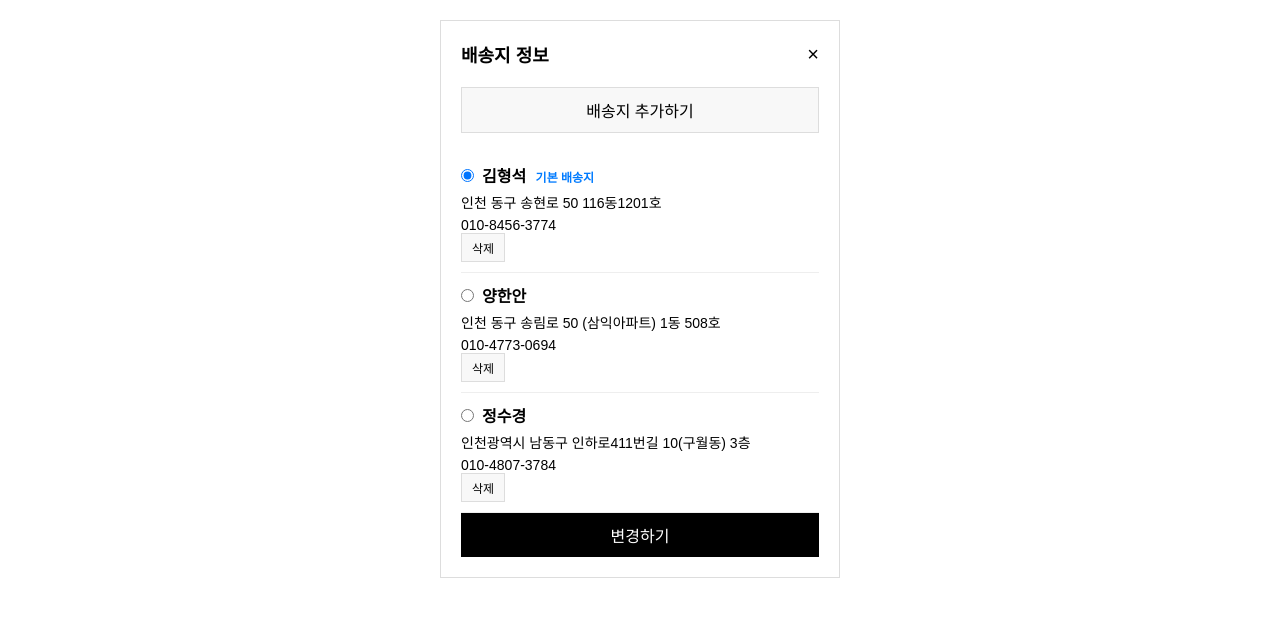
Repository: 0823-01/MonoLiving
Page: http://localhost/shoppingMall/views/product/addressChange.jsp
The author's editor kept a copy of each file at every save. The page is drawn from the files as they stood at one save, then again after the next save.
The browser window is 1280 px wide. The pictures show the whole page.
The page is served by Tomcat 9.

Above is the page before, as saved 2024-10-29 05:43:22.

After the next save:
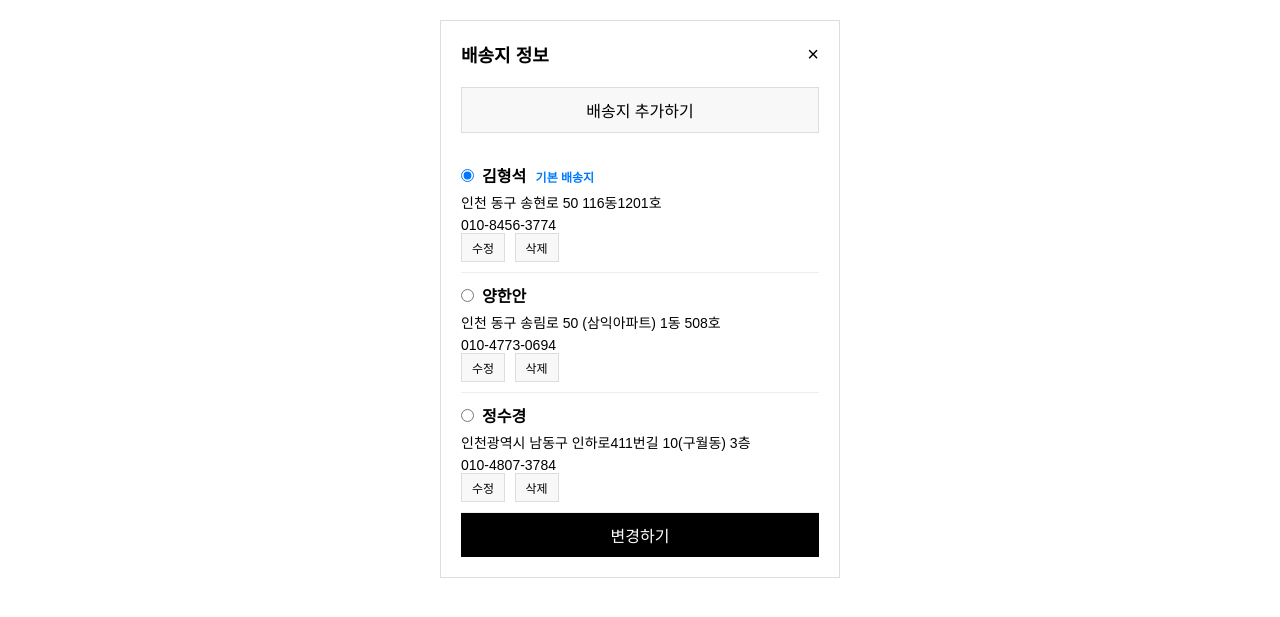
Saved 82 s later.
--- a/shoppingMall/src/main/webapp/views/product/addressChange.jsp
+++ b/shoppingMall/src/main/webapp/views/product/addressChange.jsp
@@ -120,6 +120,7 @@
                 </label>
                 <p>인천 동구 송현로 50 116동1201호</p>
                 <p>010-8456-3774</p>
+                <button type="button" class="edit-btn">수정</button>
                 <button type="button" class="delete-btn">삭제</button>
             </div>
 
@@ -130,6 +131,7 @@
                 </label>
                 <p>인천 동구 송림로 50 (삼익아파트) 1동 508호</p>
                 <p>010-4773-0694</p>
+                <button type="button" class="edit-btn">수정</button>
                 <button type="button" class="delete-btn">삭제</button>
             </div>
 
@@ -140,6 +142,7 @@
                 </label>
                 <p>인천광역시 남동구 인하로411번길 10(구월동) 3층</p>
                 <p>010-4807-3784</p>
+                <button type="button" class="edit-btn">수정</button>
                 <button type="button" class="delete-btn">삭제</button>
             </div>
 

After the 2 saves that followed:
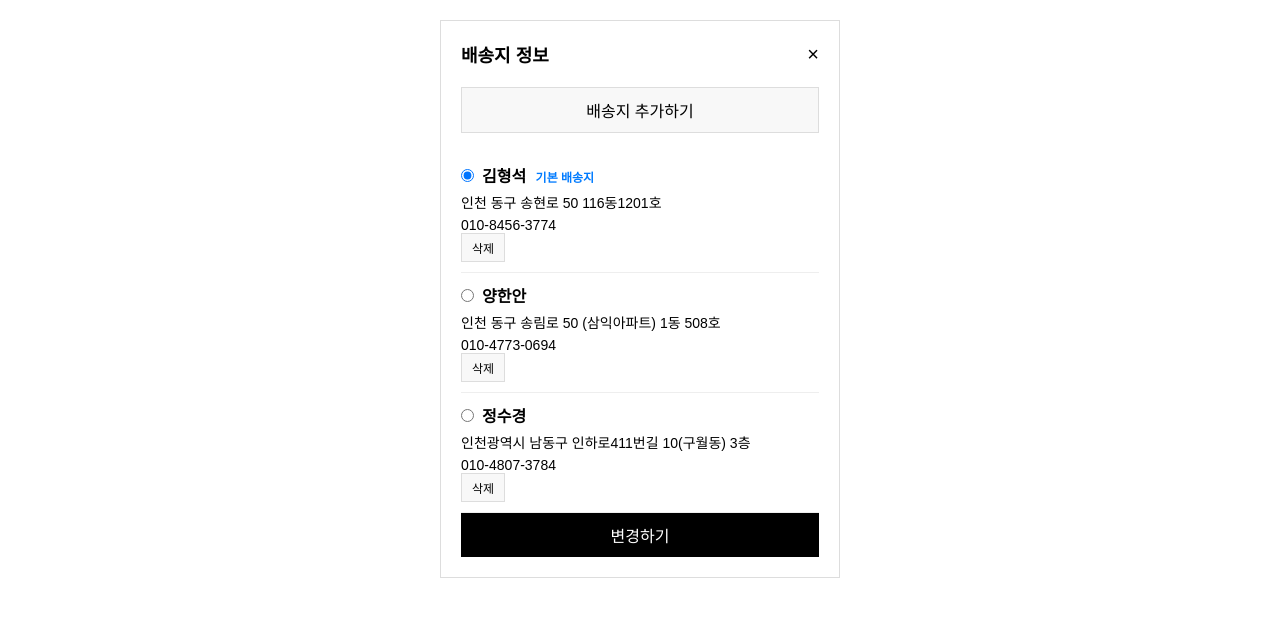
The 2 saves are shown as one change because 1 left the picture as it was.
The last was saved 83 s later.
--- a/shoppingMall/src/main/webapp/views/product/addressChange.jsp
+++ b/shoppingMall/src/main/webapp/views/product/addressChange.jsp
@@ -120,7 +120,6 @@
                 </label>
                 <p>인천 동구 송현로 50 116동1201호</p>
                 <p>010-8456-3774</p>
-                <button type="button" class="edit-btn">수정</button>
                 <button type="button" class="delete-btn">삭제</button>
             </div>
 
@@ -131,7 +130,6 @@
                 </label>
                 <p>인천 동구 송림로 50 (삼익아파트) 1동 508호</p>
                 <p>010-4773-0694</p>
-                <button type="button" class="edit-btn">수정</button>
                 <button type="button" class="delete-btn">삭제</button>
             </div>
 
@@ -142,12 +140,35 @@
                 </label>
                 <p>인천광역시 남동구 인하로411번길 10(구월동) 3층</p>
                 <p>010-4807-3784</p>
-                <button type="button" class="edit-btn">수정</button>
                 <button type="button" class="delete-btn">삭제</button>
             </div>
 
             <button type="submit" class="save-btn">변경하기</button>
         </form>
     </div>
+
+    <script>
+    document.addEventListener("DOMContentLoaded", function() {
+        // 모든 삭제 버튼을 가져옵니다.
+        const deleteButtons = document.querySelectorAll(".delete-btn");
+
+        // 각 삭제 버튼에 클릭 이벤트를 추가합니다.
+        deleteButtons.forEach(button => {
+            button.addEventListener("click", function() {
+                // 삭제할 주소 정보를 포함한 부모 요소(.address)를 가져옵니다.
+                const addressDiv = this.closest(".address");
+
+                // 삭제 확인 창을 표시합니다.
+                const confirmDelete = confirm("이 주소를 삭제하시겠습니까?");
+                if (confirmDelete) {
+                    // 주소 정보를 삭제합니다.
+                    addressDiv.remove();
+                }
+            });
+        });
+    });
+
+
+    </script>
 </body>
 </html>
